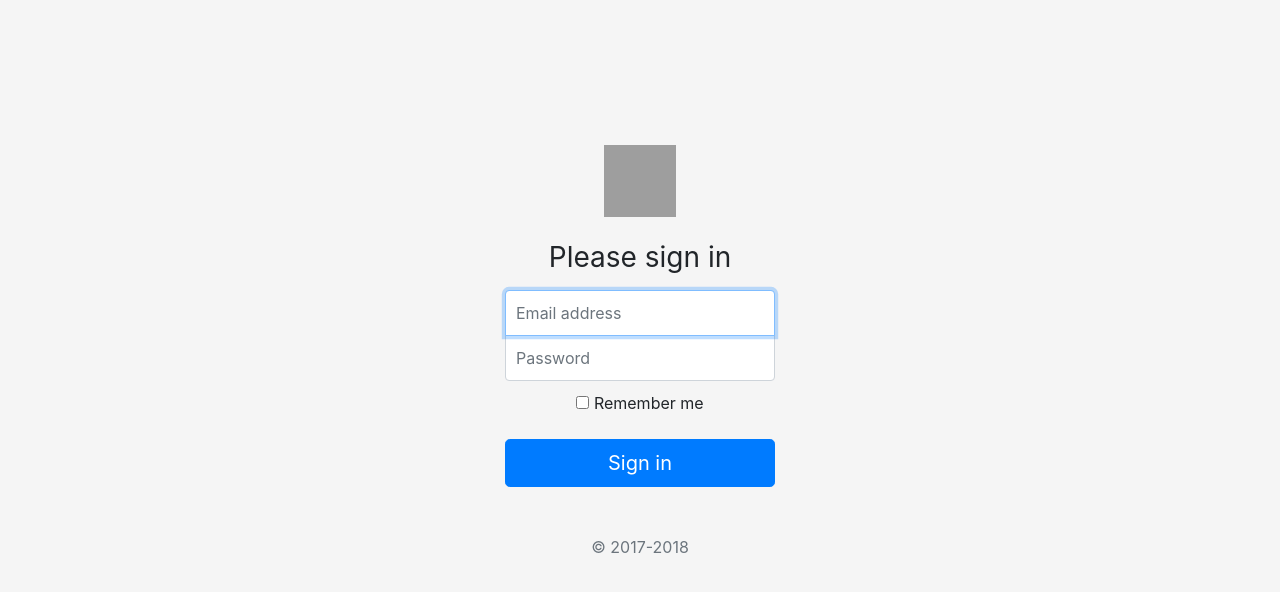
Repository: DonWhelan/Request-Hub
Page: http://localhost/test/test.php
The author's editor kept a record of every edit. The page is drawn from the files as they stood at one moment, then again after the next edit.
The browser window is 1280 px wide. The pictures show the whole page.
Pictures or frames that could not be fetched are drawn as grey boxes. The page is run by PHP 8.4 with error messages shown; the project is at /var/www/html/.

Above is the page before.

After the next edit:
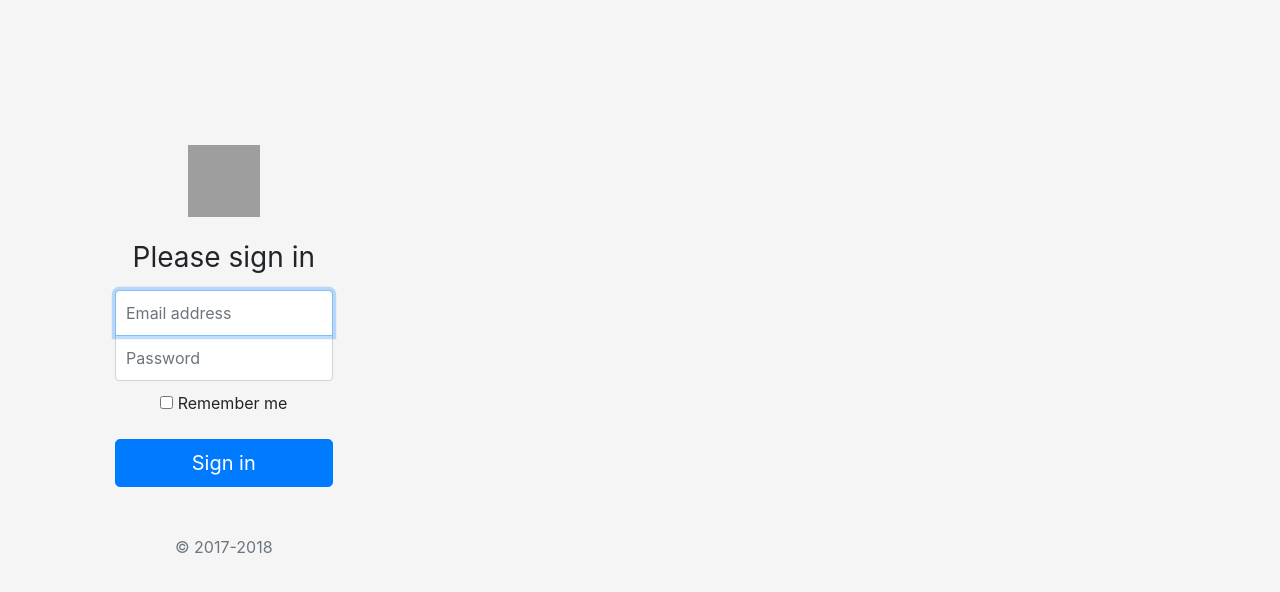
The edit:
--- a/test/test.php
+++ b/test/test.php
@@ -21,7 +21,8 @@
 
         <div class="container">
             <div class="row" >
-                <div class="form-signin col-sm-12 col-centered " >
+                <div class="col-sm-12 col-centered " >
+                        <div class="col-sm-3 col-centered " >
       <form class="form-signin">
       <img class="mb-4" src="https://getbootstrap.com/assets/brand/bootstrap-solid.svg" alt="" width="72" height="72">
       <h1 class="h3 mb-3 font-weight-normal">Please sign in</h1>
